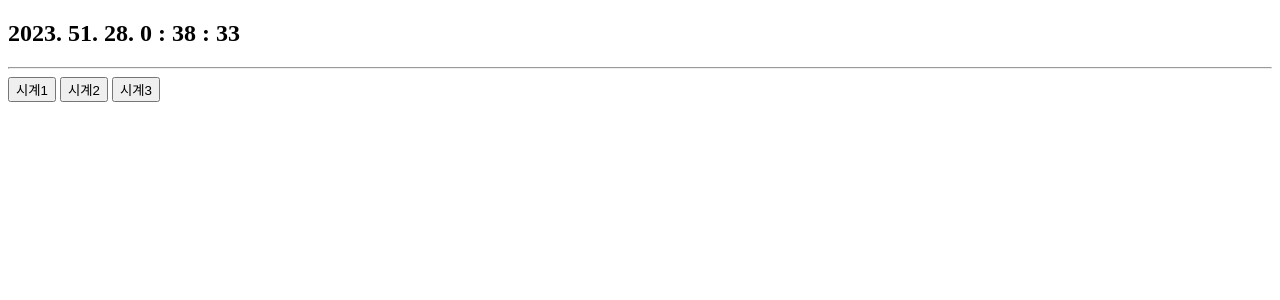
Repository: shinsil0601/webstudy
Page: 03_JavaScript/src/main/webapp/day02/ex12_event.html
An editor plug-in stored every save of this project. The page is shown before and after the next save, followed by the edit.
The browser window is 1280 px wide. The pictures show the whole page.
After loading, the first visible `button` was clicked once.

Above is the page before, as saved 2023-06-28 05:40:25.

### 03_JavaScript/src/main/webapp/day02/ex12_event.html
<!DOCTYPE html>
<html>
<head>
<meta charset="UTF-8">
<title>Insert title here</title>
<script type="text/javascript">
	function test1() {
		var now = new Date();
		var s = now.getFullYear()+". "+now.getMonth()+1+". "+now.getDate()+". "
		+now.getHours()+" : "+now.getMinutes()+" : "+now.getSeconds();
		document.getElementById("clock1").innerHTML = s;
	}
	function test2() {

	}
	function test3() {

	}
</script>
</head>
<body>
	<h2><span id="clock1"></span></h2>
	<h2><span id="clock2"></span></h2>
	<h2><span id="clock3"></span></h2>
	<hr>

	<button onclick="test1()">시계1</button>
	<button onclick="test2()">시계2</button>
	<button onclick="test3()">시계3</button>
</body>
</html>

After the next save:
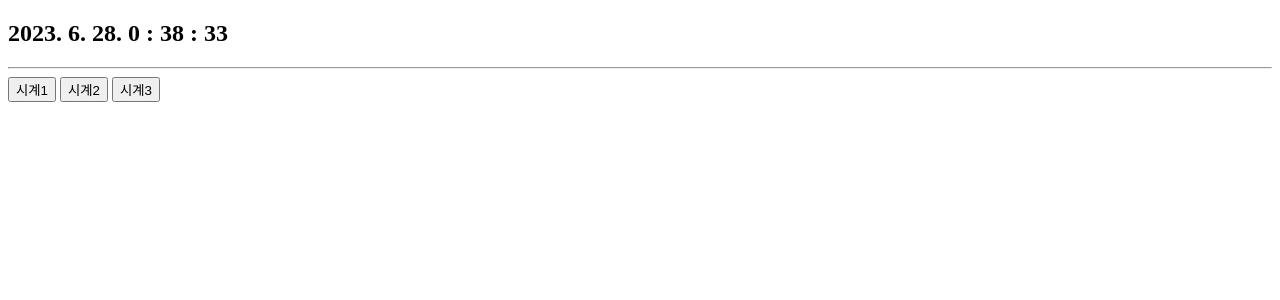
Saved 16 s later.
--- a/03_JavaScript/src/main/webapp/day02/ex12_event.html
+++ b/03_JavaScript/src/main/webapp/day02/ex12_event.html
@@ -6,7 +6,7 @@
 <script type="text/javascript">
 	function test1() {
 		var now = new Date();
-		var s = now.getFullYear()+". "+now.getMonth()+1+". "+now.getDate()+". "
+		var s = now.getFullYear()+". "+(now.getMonth()+1)+". "+now.getDate()+". "
 		+now.getHours()+" : "+now.getMinutes()+" : "+now.getSeconds();
 		document.getElementById("clock1").innerHTML = s;
 	}
